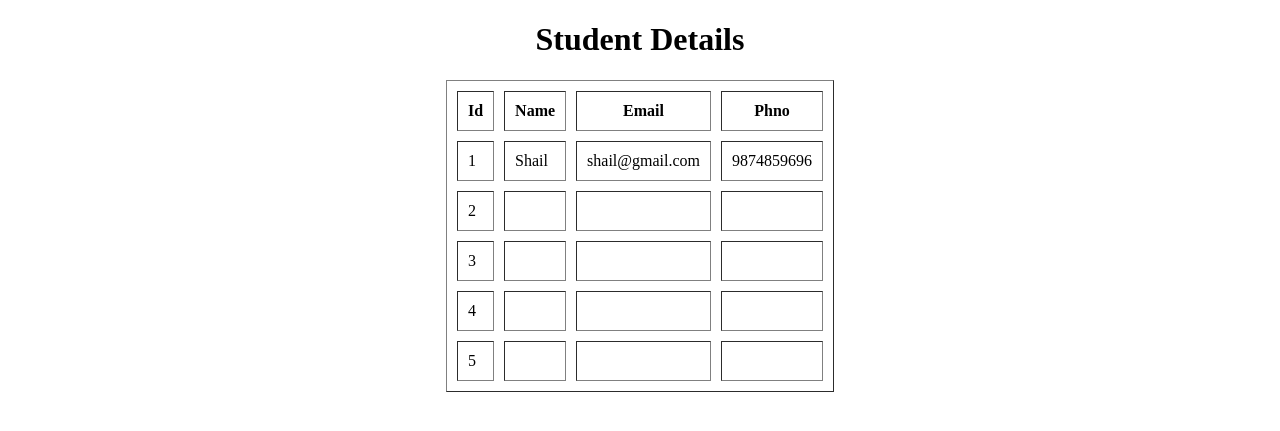
Repository: Chintan-elite/Java_Shail
Page: Learning_web/src/main/webapp/Table.html
These files come from the project's save history. The page is drawn as it stood at one moment and after the next save; the edit follows.
The browser window is 1280 px wide. The pictures show the whole page.

Above is the page before, as saved 2023-09-08 12:31:24.

### Learning_web/src/main/webapp/Table.html
<!DOCTYPE html>
<html>
<head>
<meta charset="ISO-8859-1">
<title>Insert title here</title>
</head>
<body>
		<h1 align="center">Student Details</h1>

		<table border="1" align="center" cellpadding="10" cellspacing="10">
		<tr>
			<th>Id</th>
			<th>Name</th>
			<th>Email</th>
			<th>Phno</th>
		</tr>

		<tr>
			<td>1</td>
			<td>Shail</td>
			<td>shail@gmail.com</td>
			<td>9874859696</td>
		</tr>

		<tr>
			<td>2</td>
			<td></td>
			<td></td>
			<td></td>
		</tr>

		<tr>
			<td>3</td>
			<td></td>
			<td></td>
			<td></td>
		</tr>

		<tr>
			<td>4</td>
			<td></td>
			<td></td>
			<td></td>
		</tr>

		<tr>
			<td>5</td>
			<td></td>
			<td></td>
			<td></td>
		</tr>


		</table>




</body>
</html>

After the next save:
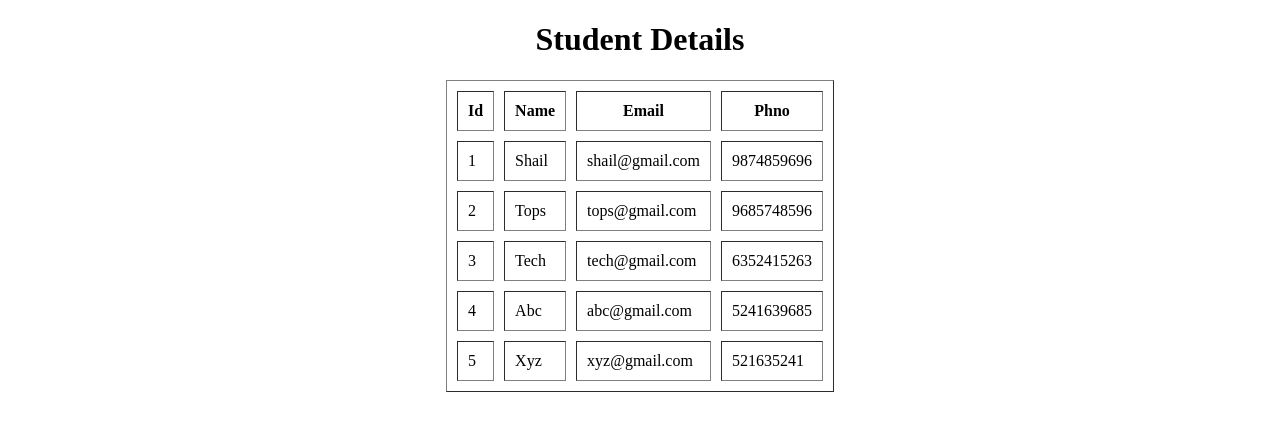
Saved 2 days later.
--- a/Learning_web/src/main/webapp/Table.html
+++ b/Learning_web/src/main/webapp/Table.html
@@ -24,30 +24,30 @@
 
 		<tr>
 			<td>2</td>
-			<td></td>
-			<td></td>
-			<td></td>
+			<td>Tops</td>
+			<td>tops@gmail.com</td>
+			<td>9685748596</td>
 		</tr>
 
 		<tr>
 			<td>3</td>
-			<td></td>
-			<td></td>
-			<td></td>
+			<td>Tech</td>
+			<td>tech@gmail.com</td>
+			<td>6352415263</td>
 		</tr>
 
 		<tr>
 			<td>4</td>
-			<td></td>
-			<td></td>
-			<td></td>
+			<td>Abc</td>
+			<td>abc@gmail.com</td>
+			<td>5241639685</td>
 		</tr>
 
 		<tr>
 			<td>5</td>
-			<td></td>
-			<td></td>
-			<td></td>
+			<td>Xyz</td>
+			<td>xyz@gmail.com</td>
+			<td>521635241</td>
 		</tr>
 
 
